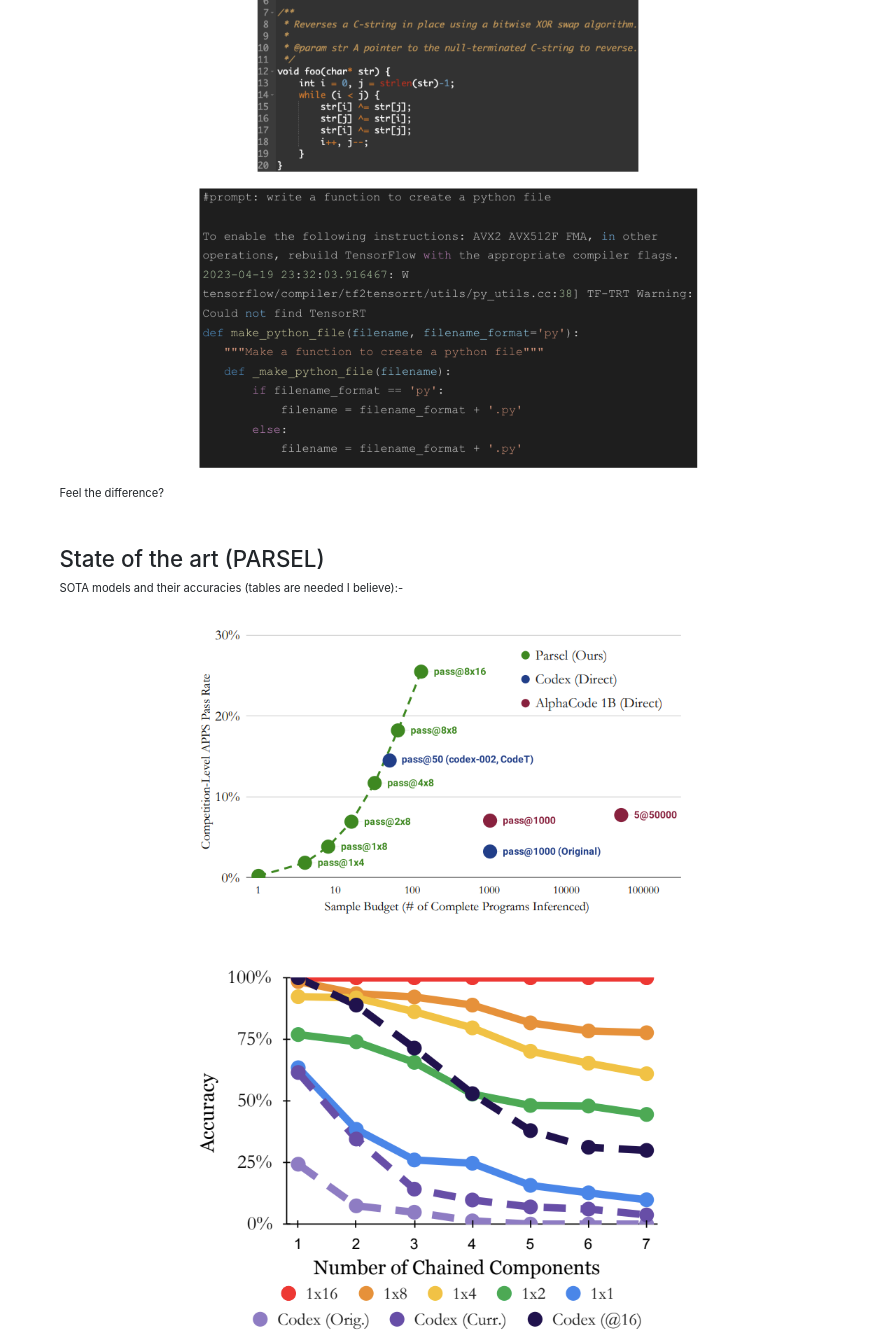
Repository: Shaalan-omar/ConcodePlus
Page: team-specific/index.html
These files come from the project's save history. The page is drawn as it stood at one moment and after the next save; the edit follows.
The browser window is 1280 px wide. The pictures show the part of the page from y = 2456 to 4376 px (the page is 7502 px tall before and 7590 px after), at 70% of full size.

Above is the page before, as saved 2023-05-12 04:15:47.

After the next save:
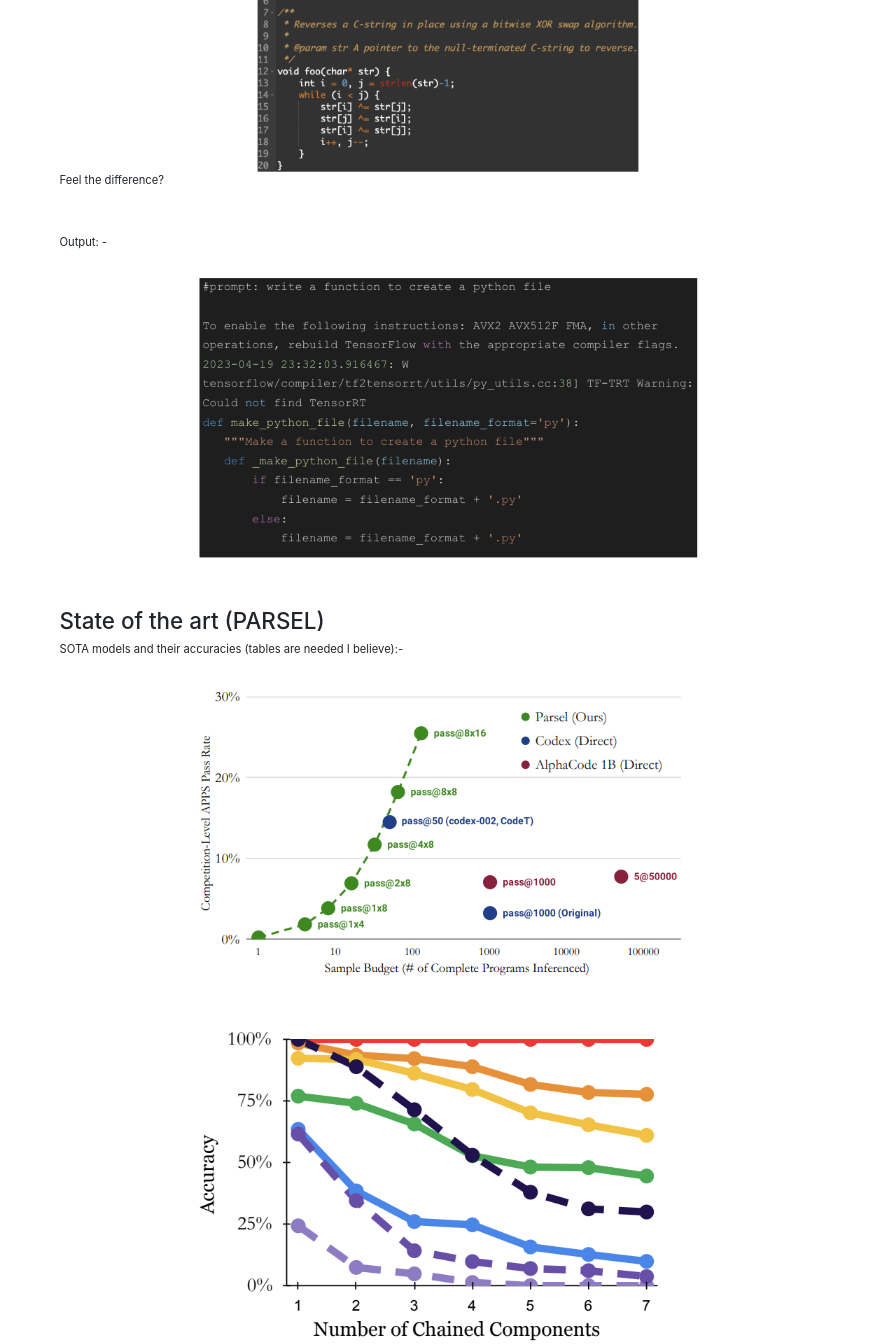
Saved 73 s later.
--- a/team-specific/index.html
+++ b/team-specific/index.html
@@ -118,6 +118,15 @@
       		<img src="resources/images/Problem_Stat_2.png" class="img-fluid text-center">
     	</div>
 
+      <p class = "center">
+        Feel the difference?
+     </p>
+     <br>
+    </br>
+    <p>
+      Output: -
+   </p>
+
       <br/> <!-- Empty Line before the image -->
 	    <div class="img-container" align="center"> <!-- Block parent element -->
       		<img src="resources/images/output.png" class="img-fluid text-center">
@@ -126,9 +135,7 @@
       </div>
     </div>
 
-    <p class = "center">
-      Feel the difference?
-   </p>
+
     <div class="row">
       <div class="col-lg-12 text-left">
         <h2 class="mt-5">State of the art (PARSEL)</h2>
